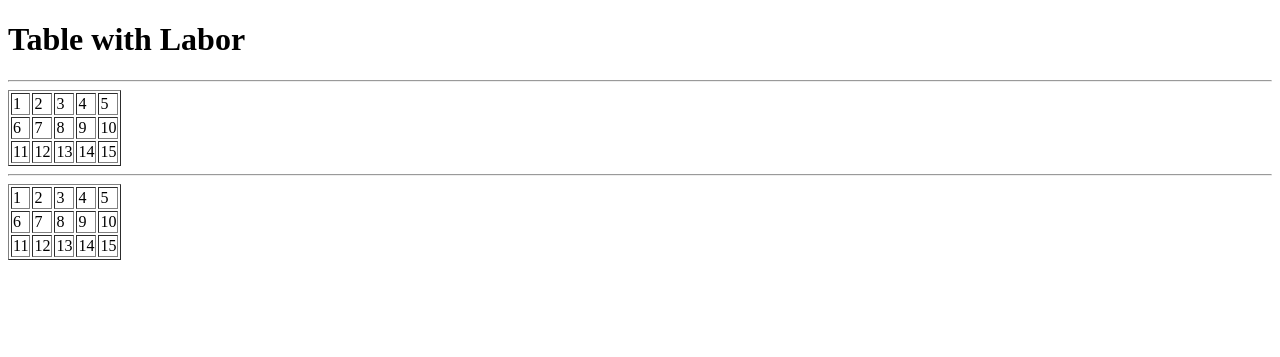
Repository: zxcvne/1400_web_nhs
Page: http://localhost/web/04_script_test.jsp
These files come from the project's save history. The page is drawn as it stood at one moment and after the next save; the edit follows.
The browser window is 1280 px wide. The pictures show the whole page.
The page is served by Tomcat 10. Other server files are loaded and not shown.

Above is the page before, as saved 2025-10-25 08:34:45.

### 05_jsp/src/web/src/main/webapp/04_script_test.jsp
<%@ page language="java" contentType="text/html; charset=UTF-8"
    pageEncoding="UTF-8"%>
<!DOCTYPE html>
<html>
<head>
<meta charset="UTF-8">
<title>Script Tag</title>
</head>
<body>
	<h1>Table with Labor</h1>
	<hr>
	<table border="1">
		<tr>
		<td>1</td>
		<td>2</td>
		<td>3</td>
		<td>4</td>
		<td>5</td>
		</tr>
		<tr>
		<td>6</td>
		<td>7</td>
		<td>8</td>
		<td>9</td>
		<td>10</td>
		</tr>
		<tr>
		<td>11</td>
		<td>12</td>
		<td>13</td>
		<td>14</td>
		<td>15</td>
		</tr>
	</table>
	<hr>
	<table border="1">
<%
		for(int i=0; i < 3; i++){
%>
			<tr>
<%
			for(int j = 0; j<5; j++){
%>			<td><%= i * 5 + j + 1%></td>
<%
			}
%>
		</tr>
<%
		}
%>

	</table>
</body>
</html>

After the next save:
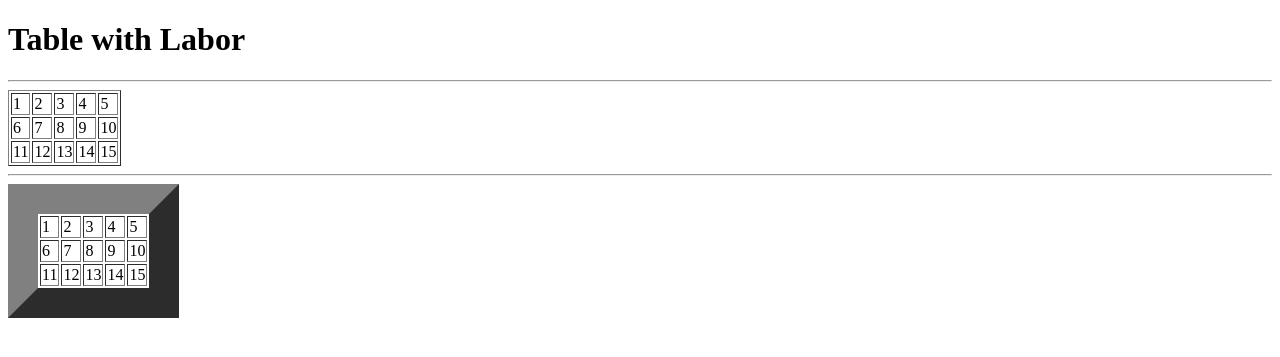
Saved 8 s later.
--- a/05_jsp/src/web/src/main/webapp/04_script_test.jsp
+++ b/05_jsp/src/web/src/main/webapp/04_script_test.jsp
@@ -33,7 +33,7 @@
 		</tr>
 	</table>
 	<hr>
-	<table border="1">
+	<table border="30">
 <%
 		for(int i=0; i < 3; i++){
 %>
